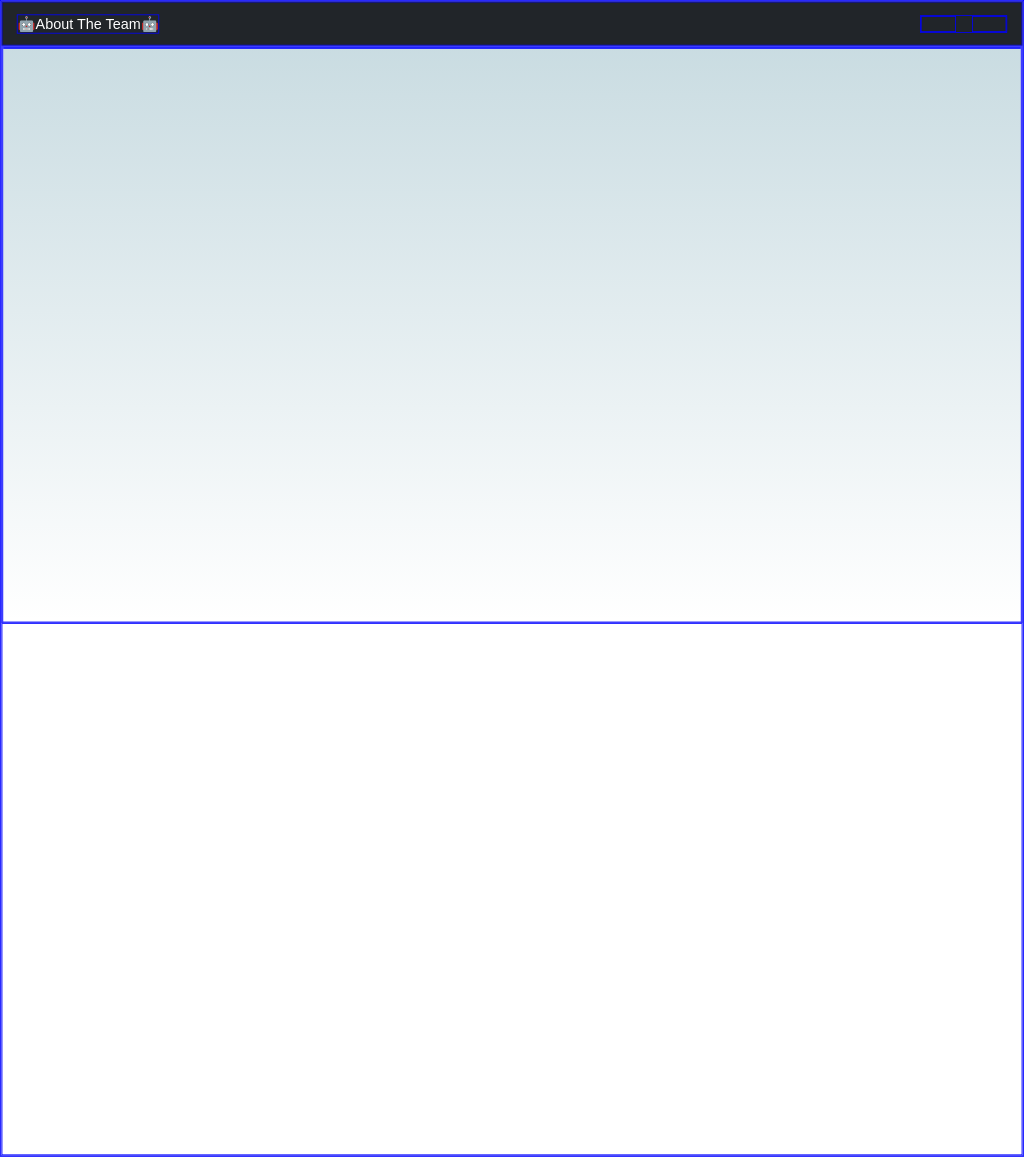
Repository: ammarsetiawan/gps-traker
Page: about.html
These files come from the project's save history. The page is drawn as it stood at one moment and after a run of saves; the edit follows.
The browser window is 1280 px wide. The pictures show the whole page, at 80% of full size.

Above is the page before, as saved 2025-11-25 17:07:28.

After the next 5 saves:
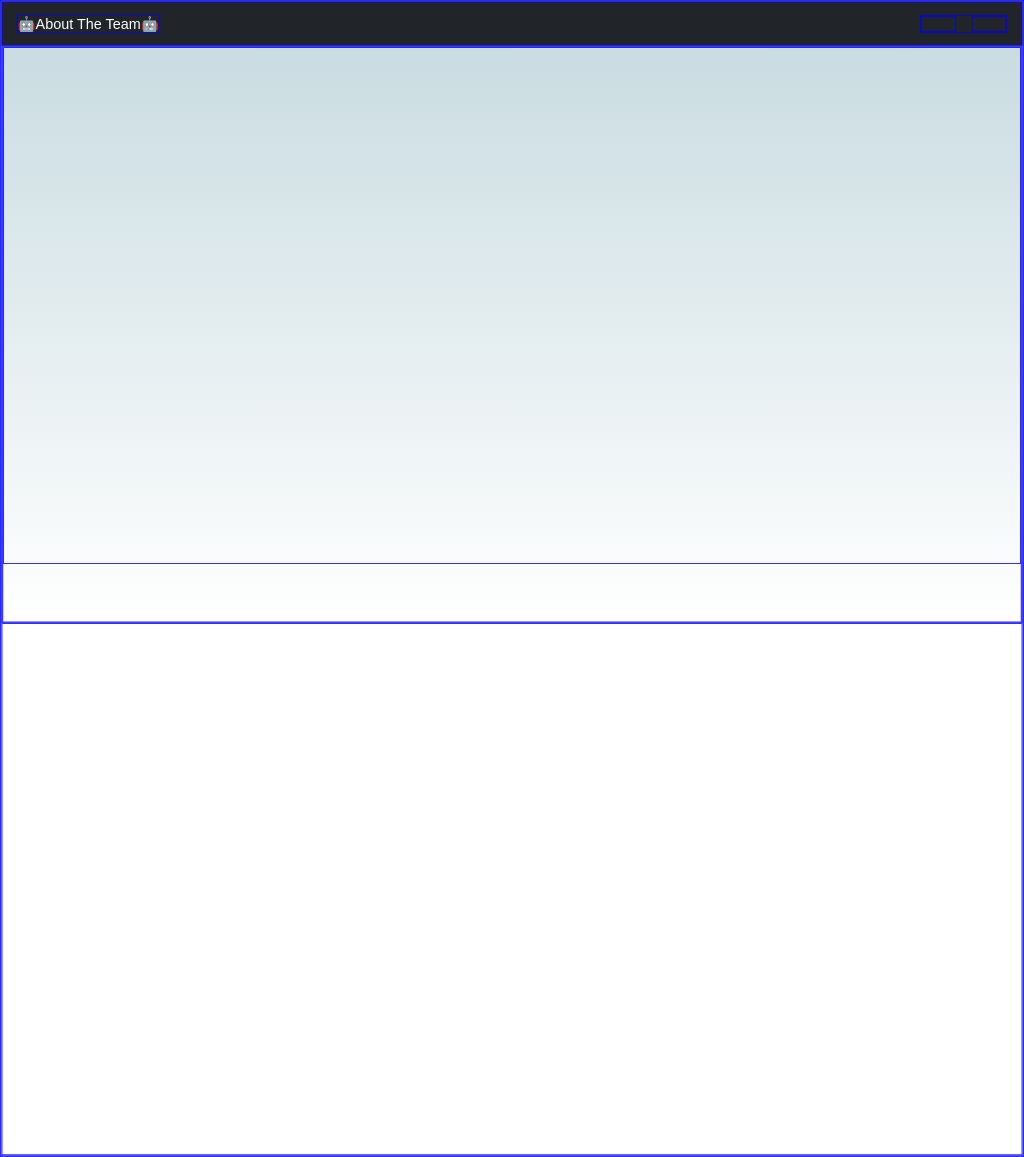
The 5 saves are shown as one change because they came seconds apart.
The last was saved 13 s later.
--- a/about.html
+++ b/about.html
@@ -67,7 +67,7 @@
     }
 
     .container {
-        height: ;
+        height: 90%;
     }
 
     #menuBtn {
